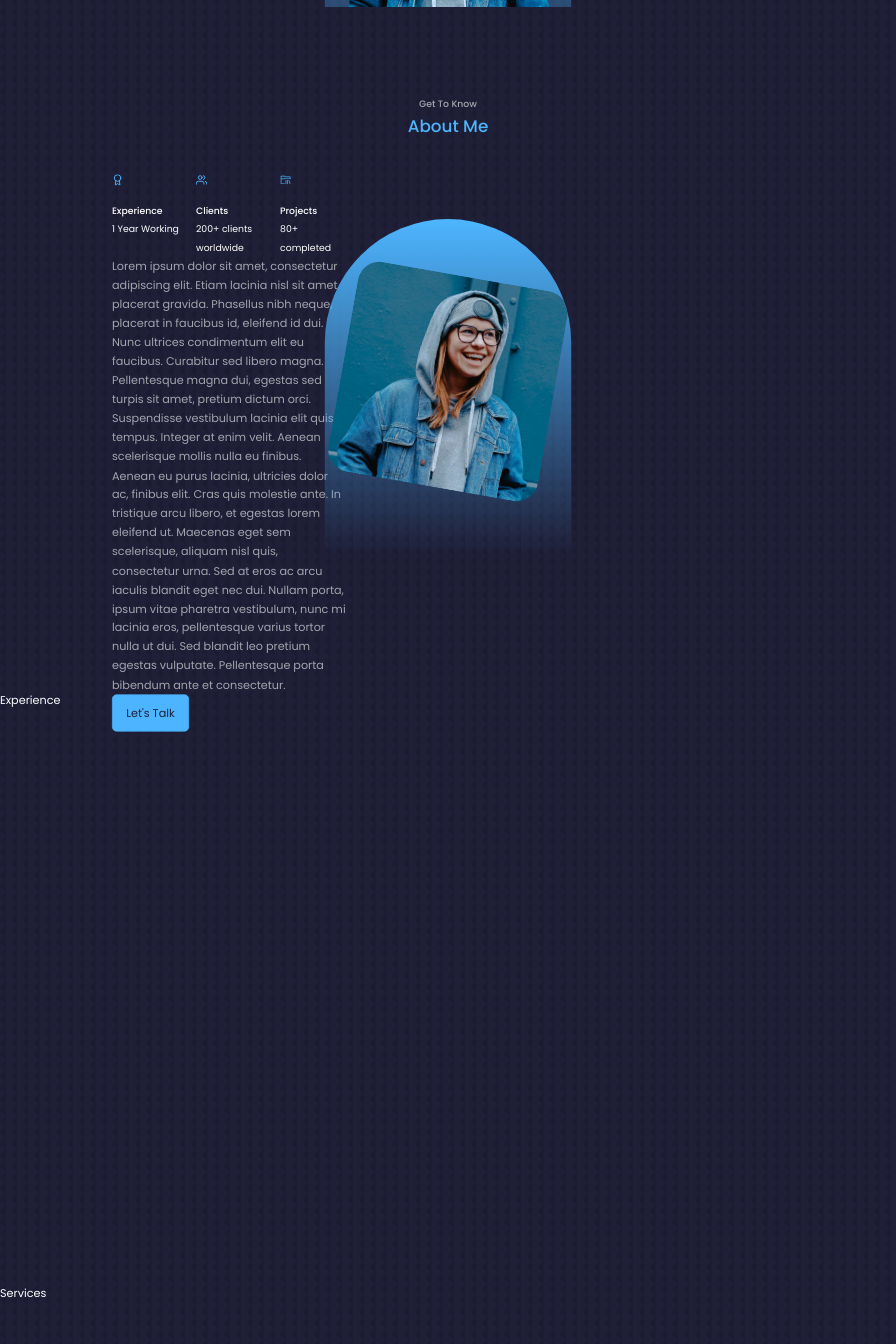
Repository: smallchungus/resumeWebsite
Page: / (app in hello/)
These files come from the project's save history. The page is drawn as it stood at one moment and after the next save; the edit follows.
The browser window is 1280 px wide. The pictures show the part of the page from y = 710 to 2630 px (the page is 5835 px tall), at 70% of full size.
The project was rebuilt for these pictures with package versions that can differ from the ones it lists, and the page was loaded fresh each time. Also part of the build but not shown: hello/src/components/experience/experience.css, hello/src/components/portfolio/portfolio.css, hello/src/components/contact/contact.css, hello/src/components/footer/footer.css. Imported but missing from the stored project, and not drawn on this page: hello/src/assets/cv.pdf.

Above is the page before, as saved 2023-03-23 18:24:43.

After the next save:
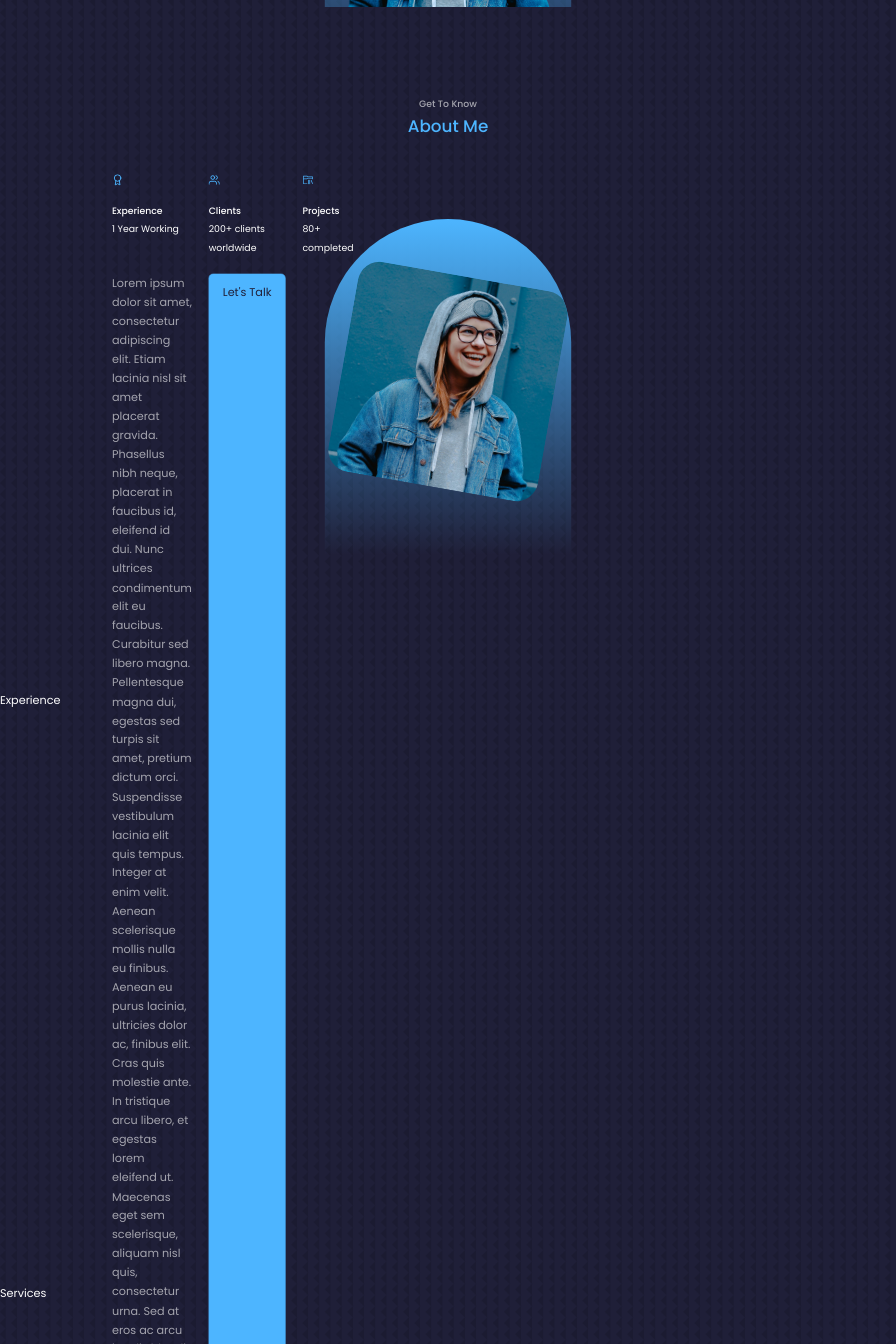
Saved 110 s later.
--- a/hello/src/components/about/About.jsx
+++ b/hello/src/components/about/About.jsx
@@ -35,7 +35,7 @@
               <h5>Projects</h5>
               <small>80+ completed</small>
             </article>
-          </div>
+
 
           <p>
           Lorem ipsum dolor sit amet, consectetur adipiscing elit. Etiam lacinia nisl sit amet placerat gravida. Phasellus nibh neque, placerat in faucibus
@@ -44,7 +44,7 @@
           Cras quis molestie ante. In tristique arcu libero, et egestas lorem eleifend ut. Maecenas eget sem scelerisque, aliquam nisl quis, consectetur urna. Sed at eros ac arcu iaculis blandit eget nec dui. Nullam porta,
           ipsum vitae pharetra vestibulum, nunc mi lacinia eros, pellentesque varius tortor nulla ut dui. Sed blandit leo pretium egestas vulputate. Pellentesque porta bibendum ante et consectetur.
           </p>
-          <a href="#contact" className='btn btn-primary'>Let's Talk</a>
+          <a href="#contact" className='btn btn-primary'>Let's Talk</a></div>
         </div>
       </div>
     </section>

After the 5 saves that followed:
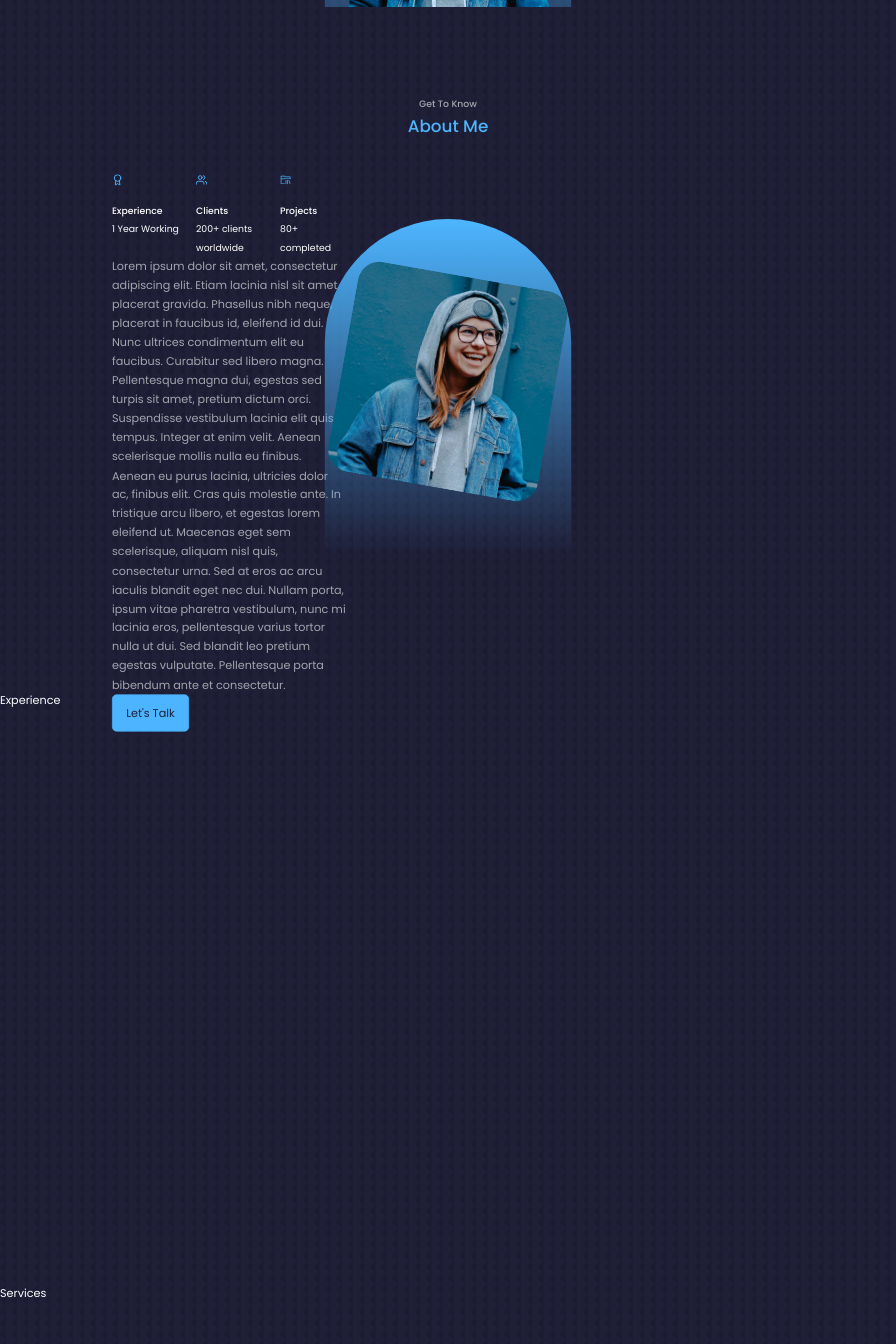
The 5 saves are shown as one change because 4 left the picture as it was.
The last was saved 78 s later.
--- a/hello/src/components/about/About.jsx
+++ b/hello/src/components/about/About.jsx
@@ -35,8 +35,7 @@
               <h5>Projects</h5>
               <small>80+ completed</small>
             </article>
-
-
+          </div>
           <p>
           Lorem ipsum dolor sit amet, consectetur adipiscing elit. Etiam lacinia nisl sit amet placerat gravida. Phasellus nibh neque, placerat in faucibus
           id, eleifend id dui. Nunc ultrices condimentum elit eu faucibus. Curabitur sed libero magna. Pellentesque magna dui, egestas sed turpis
@@ -44,7 +43,8 @@
           Cras quis molestie ante. In tristique arcu libero, et egestas lorem eleifend ut. Maecenas eget sem scelerisque, aliquam nisl quis, consectetur urna. Sed at eros ac arcu iaculis blandit eget nec dui. Nullam porta,
           ipsum vitae pharetra vestibulum, nunc mi lacinia eros, pellentesque varius tortor nulla ut dui. Sed blandit leo pretium egestas vulputate. Pellentesque porta bibendum ante et consectetur.
           </p>
-          <a href="#contact" className='btn btn-primary'>Let's Talk</a></div>
+          <a href="#contact" className='btn btn-primary'>Let's Talk</a>
+
         </div>
       </div>
     </section>
